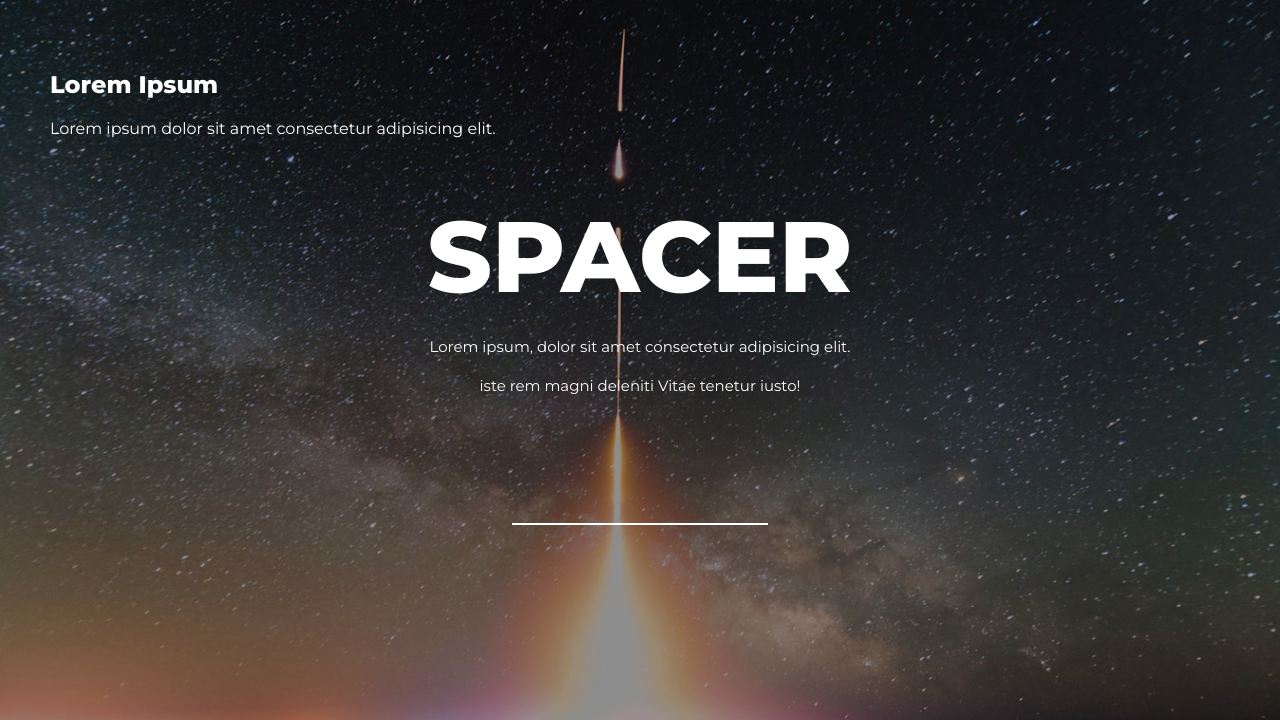
Repository: bwieckowski/spacer-vue-tutorial
Page: /
The author's editor kept a copy of each file at every save. The page is drawn from the files as they stood at one save, then again after a run of saves.
The browser window is 1280 px wide. The pictures show the whole page.
The project was rebuilt for these pictures with package versions that can differ from the ones it lists, and the page was loaded fresh each time. Also part of the build but not shown: src/components/Item.vue.

Above is the page before, as saved 2019-01-04 23:36:04.

After the next 2 saves:
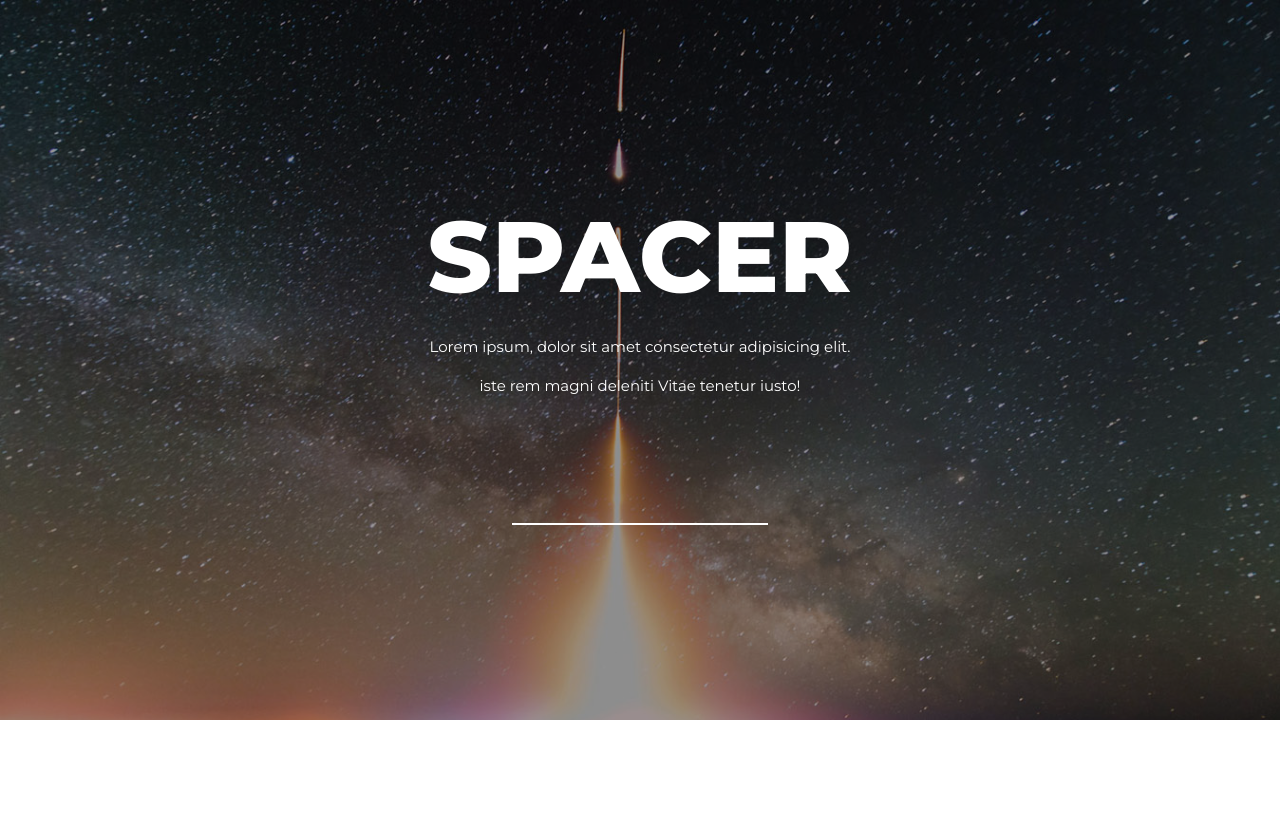
The 2 saves are shown as one change because they came seconds apart.
The last was saved 9 s later.
--- a/src/components/Modal.vue
+++ b/src/components/Modal.vue
@@ -31,4 +31,4 @@
   justify-content: center;
   align-items: center;
   padding:50px;
-}</style>
+}

After the save that followed:
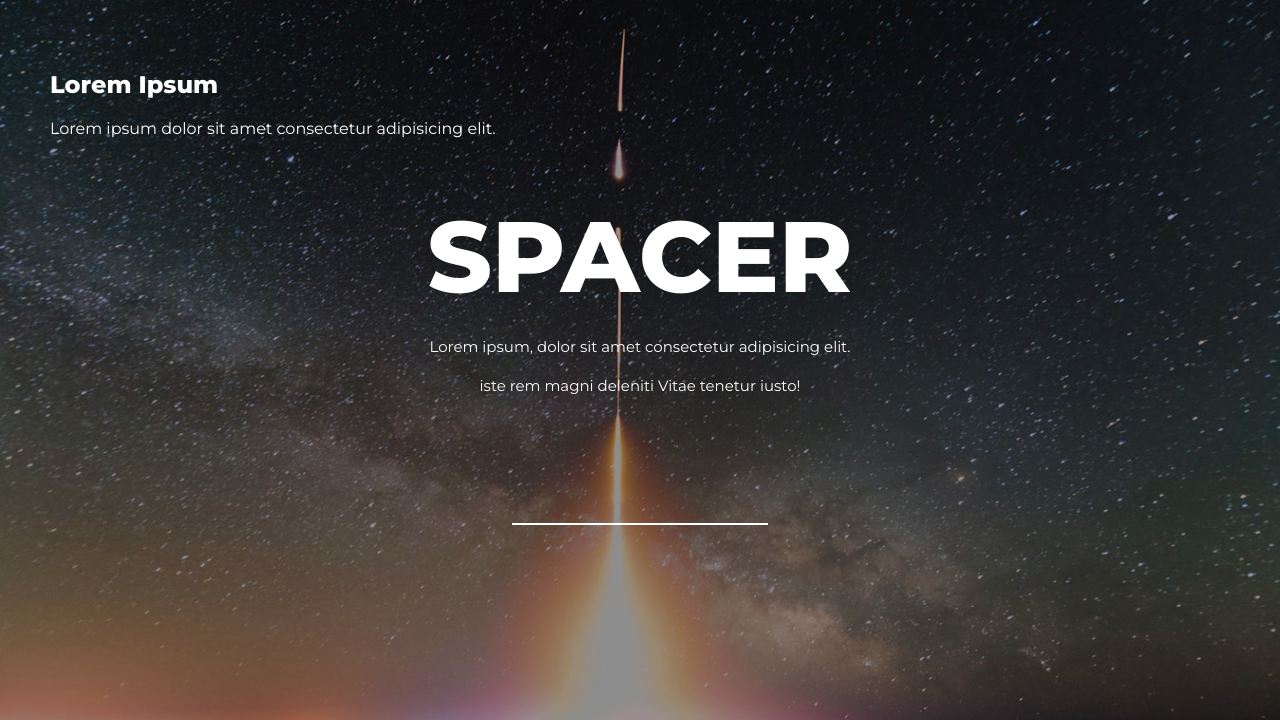
Saved 5 s later.
--- a/src/components/Modal.vue
+++ b/src/components/Modal.vue
@@ -32,3 +32,4 @@
   align-items: center;
   padding:50px;
 }
+</style>
